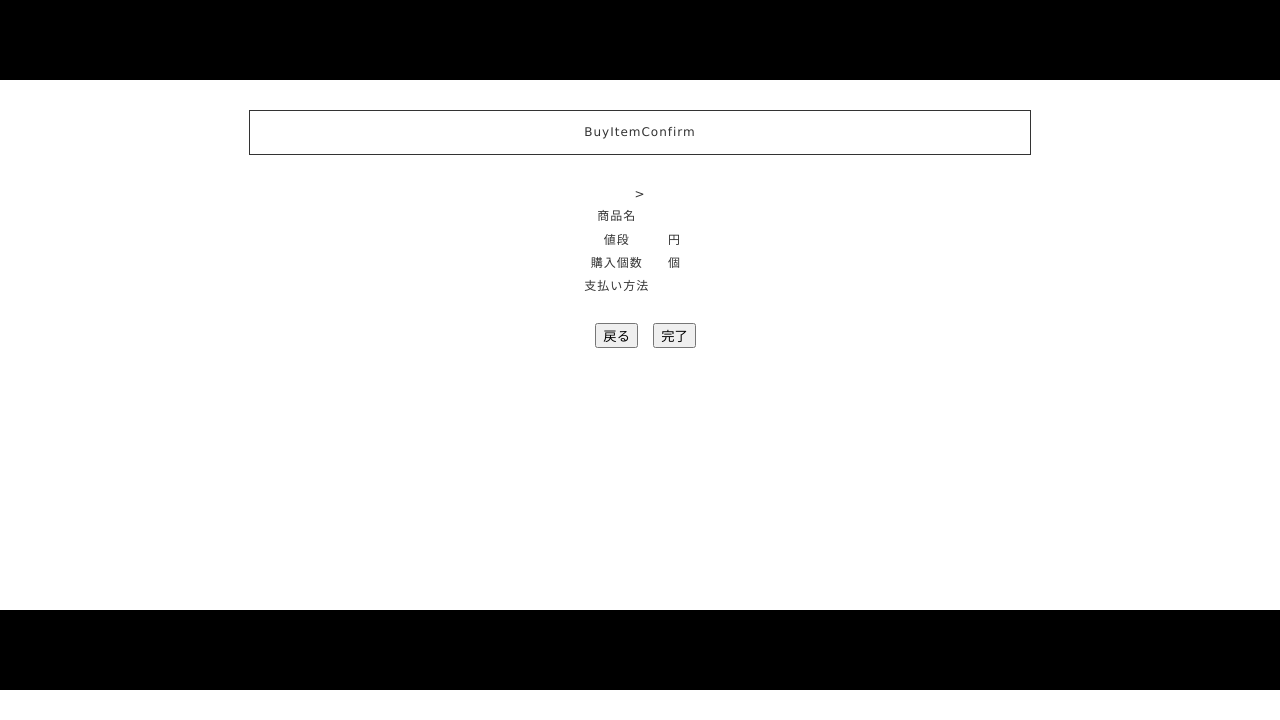
Repository: xiezom/test
Page: http://localhost/ecsite/buyItemConfirm.jsp
These files come from the project's save history. The page is drawn as it stood at one moment and after the next save; the edit follows.
The browser window is 1280 px wide. The pictures show the whole page.
The page is served by Tomcat 9.

Above is the page before, as saved 2019-03-11 07:36:10.

After the next save:
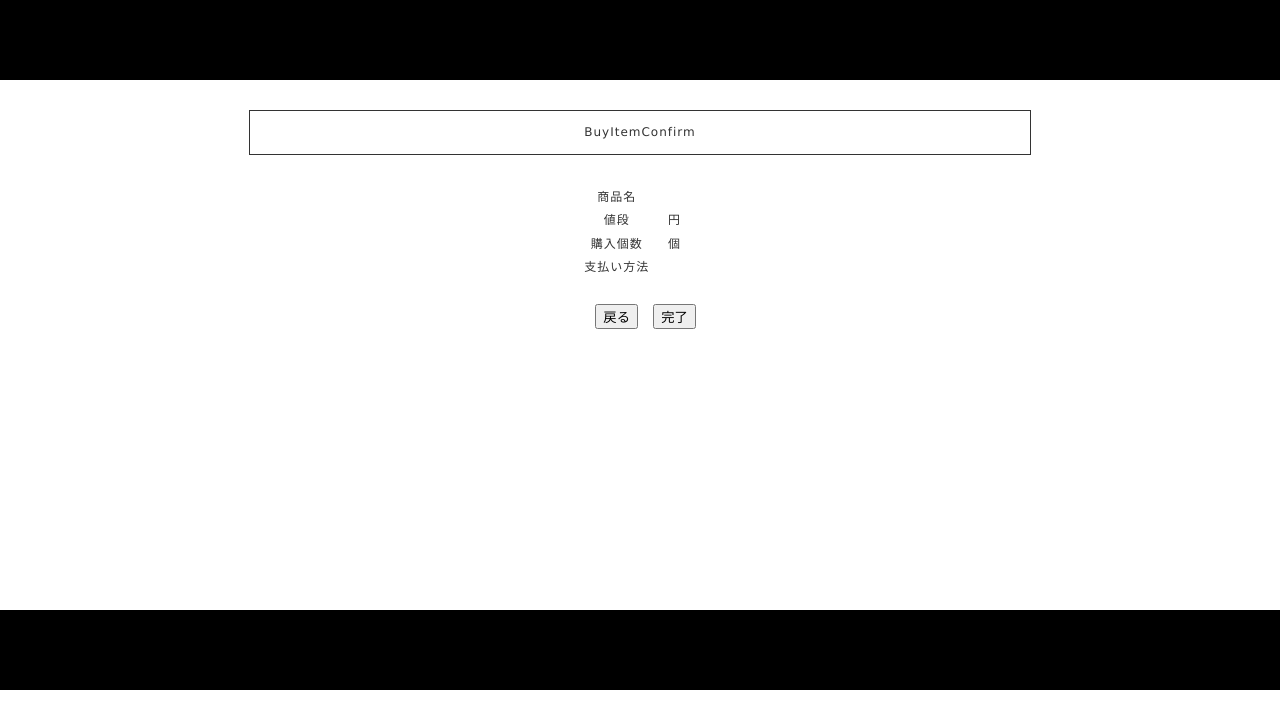
Saved 2 min 19 s later.
--- a/ecsite/WebContent/buyItemConfirm.jsp
+++ b/ecsite/WebContent/buyItemConfirm.jsp
@@ -96,9 +96,9 @@
 						<td><br/></td>
 					</tr>
 					<tr>
-						<td><input type="button" value="戻る" onclick="submitAction('HomeAction')"/></td>
-						<td><input type="button" value="完了" onclick="submitAction('BuyItemConfirmAction')"/></td>
-					</tr>>
+						<td><input type="button" value="戻る" onclick="submitAction('HomeAction')" /></td>
+						<td><input type="button" value="完了" onclick="submitAction('BuyItemConfirmAction')" /></td>
+					</tr>
 			</s:form>
 		</div>
 	</div>
